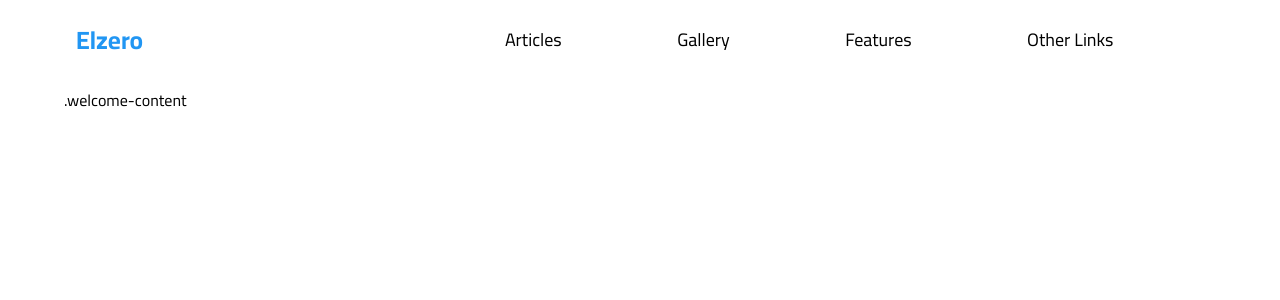
Repository: Toqa-25/elzeroAcdemey-Templete
Page: index.html
These files come from the project's save history. The page is drawn as it stood at one moment and after the next save; the edit follows.
The browser window is 1280 px wide. The pictures show the whole page.

Above is the page before, as saved 2022-01-16 20:53:55.

### index.html
<!DOCTYPE html>
<html lang="en">
<head>
    <meta charset="UTF-8">
    <meta http-equiv="X-UA-Compatible" content="IE=edge">
    <meta name="viewport" content="width=device-width, initial-scale=1.0">
    <!-- normalize file -->
    <link rel="stylesheet" href="css/normalize.css">
    <!-- css files -->
    <link rel="stylesheet" href="css/style.css">
    <!-- fontAwosem file -->
    <link rel="stylesheet" href="css/all.min.css">
     <!-- font files -->
     <link rel="preconnect" href="https://fonts.googleapis.com">
    <link rel="preconnect" href="https://fonts.gstatic.com" crossorigin>
    <link href="https://fonts.googleapis.com/css2?family=Cairo:wght@200;400;700;800;900&display=swap" rel="stylesheet">
    <!-- page title -->
    <title>templete 3</title>
</head>
<body>
    <!-- header section -->
    <header id="" class="">
        <div class="container">
            <div class="header-content">
                <div class="header-content-logo">
                    <a href="index.html" class="logo link-none">Elzero</a>
                </div>
                <nav>
                    <ul class="nav-list unlist">
                        <li class="nav-list-item"> <a href="" class="link-none  link-style" id="articles">articles</a></li>
                        <li class="nav-list-item"> <a href="" class="link-none  link-style" id="gallery">gallery</a></li>
                        <li class="nav-list-item"> <a href="" class="link-none  link-style" id="features">features</a></li>
                        <li class="nav-list-item" id="parent-other-links"> <a href="javascript:;" class="link-none  link-style " >other links</a>
                            <div class="other-links " id="child-other-links">
           <div class="other-links-content">
            <div class="other-links-content-img">
                <img src="images/header/Video files-amico.svg" alt="">
            </div>

            <ul class="other-links-list unlist">
            <div class="other-links-list-group-one">
              <li id="" class="other-links-list-item"><a href="" class="link-none  link-style "><i class="far fa-comments"></i> testimonials</a></li>
              <li id="" class="other-links-list-item"><a href="" class="link-none  link-style "><i class="far fa-user"></i> team member</a></li>
              <li id="" class="other-links-list-item"><a href="" class="link-none  link-style"><i class="far fa-building"></i> services</a></li>
              <li id="" class="other-links-list-item"><a href="" class="link-none  link-style"><i class="far fa-check-circle"></i> our skils</a></li>
              <li id="" class="other-links-list-item"><a href="" class="link-none  link-style"><i class="far fa-clipboard"></i> how it work</a></li>
            </div>
            <div class="other-links-list-group-one">
                <li id="" class="other-links-list-item"><a href="" class="link-none  link-style"><i class="far fa-calendar-alt"></i> events</a></li>
                <li id="" class="other-links-list-item"><a href="" class="link-none  link-style"><i class="fas fa-server"></i> pricing planes</a></li>
                <li id="" class="other-links-list-item"><a href="" class="link-none  link-style"><i class="far fa-play-circle"></i> top video</a></li>
                <li id="" class="other-links-list-item"><a href="" class="link-none  link-style"><i class="fas fa-chart-bar"></i> states</a></li>
                <li id="" class="other-links-list-item"><a href="" class="link-none  link-style"><i class="fas fa-percent"></i> request a discount</a></li>
            </div>
        </ul>
       </div>
       </div>
                        </li>

                    </ul>
                </nav>
            </div>
        </div>
    </header>
    <!-- welcom section -->
    <section id="welcome" class="welcome">
        <div class="container">
            <div class="welcome-content">
                <div class="welcome-content-text"></div>
                .welcome-content

            </div>
        </div>

    </section>


       <script src="script.js">

       </script>
</body>
</html>

### css/style.css
 /*
  - container
  -section head

 */
 /* global style */
 :root{
     /* --main-color:#45B2F8; */
     --main-color:#2196F3;
     --s-background:#ececec54;
     /* --s-background:#ecececa4; */
     --p-color:#D6ECEC;
 }

 *{
     box-sizing: border-box;
     margin: 0;
     padding: 0;
 }
html , body{
    width: 100%;
    height: 100%;
    margin: 0;
    padding: 0;
    overflow: hidden;
}
 body{
     font-family: "Cairo", sans-serif;
 }
 .container{
      width: 90%;
      margin:0 auto;
      /* padding: 15px 0; */
 }
 .link-none{
     text-decoration: none;
 }
 .unlist{
     list-style: none;
 }
 .link-style{
    font-size: 18px;
    text-transform: capitalize;
 }

 /* header style */
 header{
   margin-bottom: 10px;
 }
.header-content{
    display: flex;
    justify-content: space-between;
    align-items: center;
    padding: 10px 12px ;
    margin-bottom: 10px;
}
.logo{
    font-weight: bolder;
    font-size:25px;
    color:var(--main-color)
}

nav{
    width: 70%;
}
.nav-list{
    display: flex;
    justify-content: space-evenly;
    align-items: center;
}
.nav-list-item {
    cursor: pointer;
    color:#000;
    padding: 20px  25px;
    position: relative;
    transition: background-color .2s ;
    -webkit-transition: background-color .2s ;
    -moz-transition: background-color .2s ;
    -ms-transition: background-color .2s ;
    -o-transition: background-color .2s ;
}
.nav-list-item::before{
    content: "";
    height: 3px;
    width: 0;
    background-color: var(--main-color);
    position: absolute;
    top: 0px;
    left: 0;
    transition: width .6s;
    -webkit-transition: width .6s;
    -moz-transition: width .6s;
    -ms-transition: width .6s;
    -o-transition: width .6s;
}
.nav-list-item a{
        color:#000;
}

.nav-list-item:hover  {
    background-color: var(--s-background);
}
.nav-list-item:hover  a {
    color:var(--main-color);
}
.nav-list-item:hover::before{
        width: 100%;
}
#parent-other-links{
    position: relative;
}
#parent-other-links:hover #child-other-links{
    transform:translateY(20px) ;
    -webkit-transform:translateY(20px) ;
    -moz-transform:translateY(20px) ;
    -ms-transform:translateY(20px) ;
    -o-transform:translateY(20px) ;
}
/* media query for header*/
@media (max-width:767px){
    .header-content{
        flex-direction:column ;
        padding:5px 12px;
}
.header-content-logo{
    margin-bottom: 5px;
}
nav{
    width: 80%;
}
.nav-list-item{
    padding:17px 10px;
}
.nav-list-item a{
    font-size: 15px;
}
}
/********************************************************************************************/
/* style for other links */
.other-links{
 /*margin-top: 10px;
 */margin: 10 auto;
 transform: translatey(1000%);
 -webkit-transform: translatey(1000%);
 -moz-transform: translatey(1000%);
 -ms-transform: translatey(1000%);
 -o-transform: translatey(1000%);
 transition: transform .5s;
 -webkit-transition: transform .5s;
 -moz-transition: transform .5s;
 -ms-transition: transform .5s;
 -o-transition: transform .5s;
}
.other-links-content{
    display: flex;
    border-bottom: 4px solid var(--main-color);
    border-top: 2px solid var(--s-background);
}
.other-links-content-img{
    margin:auto;
}
.other-links-content-img img{
    width: 100%;
}
.other-links-list{
    width:55%;
    display: flex;
    justify-content: space-between;
    padding: 10px;
    align-items: center;
}
.other-links-list-group-one{
    width:45%
}
.other-links-list-item{
    padding: 15px ;
    border-bottom: 1px solid rgba(0, 0, 0, 0.337);
    position: relative;
    cursor: pointer;

}
.other-links-list-item:last-child{
    border:none;
}
.other-links-list-item::before{
    content:"";
    position: absolute;
    top: 0;
    left: 0;
    height: 100%;
    width: 0%;
    background-color: var(--s-background);
    transition:width .5s;
    -webkit-transition:width .5s;
    -moz-transition:width .5s;
    -ms-transition:width .5s;
    -o-transition:width .5s;
}
.other-links-list-item:hover::before{
    width: 100%;
}
.other-links-list-item a{
    font-weight: bold;
    color:var(--main-color)
}
.other-links-list-item > a > i{
 margin-right: 10px;
}
.other{
    transform: translatey(20px);
    -webkit-transform: translatey(20px);
    -moz-transform: translatey(20px);
    -ms-transform: translatey(20px);
    -o-transform: translatey(20px);
}
#child-other-links{
    width:85vw;
    position: absolute;
    right: 5px;
    /* background-color: violet; */
}
@media(max-width:991px){
    #child-other-links{
     width:87vw;
    }
     .other-links-content-img{
        display: none;
    }
    .other-links-list{
        width: 100%;
    }
}
@media(max-width:767px){
    #child-other-links{
        width:100vw;
        margin-right: -166px;
    }
     .other-links-list{
        flex-direction: column;
    }
        .other-links-list-group-one{
    width:100%;
}
.other-links-list-item:last-child{
    border-bottom: 1px solid rgba(0, 0, 0, 0.337);
}
 .other-links-list-item a{
     font-size: 18px;
 }
}

### script.js
let otherParent = document.getElementById("parent-other-links");
let otherChild = document.getElementById("child-other-links");
otherParent.onclick = function () {
  otherChild.classList.toggle("other");
};

Loaded but not shown: css/normalize.css (library); css/all.min.css (library)

After the next save:
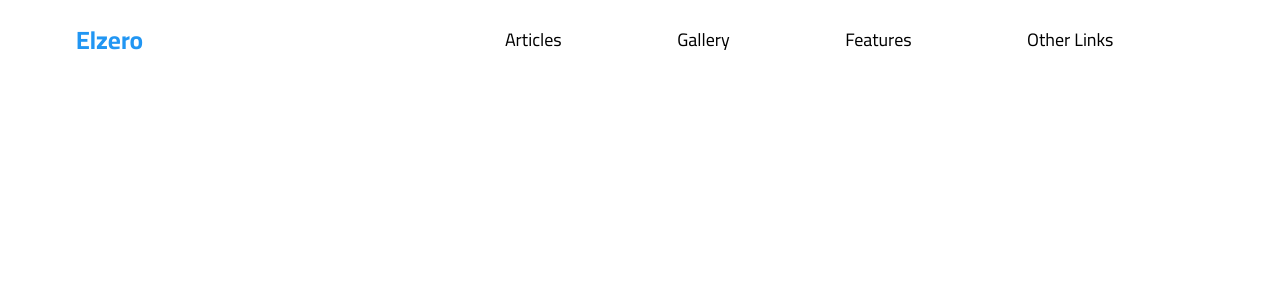
Saved 5 s later.
--- a/index.html
+++ b/index.html
@@ -67,7 +67,7 @@
         <div class="container">
             <div class="welcome-content">
                 <div class="welcome-content-text"></div>
-                .welcome-content
+                <div class="welcome-content-img"></div>
 
             </div>
         </div>
